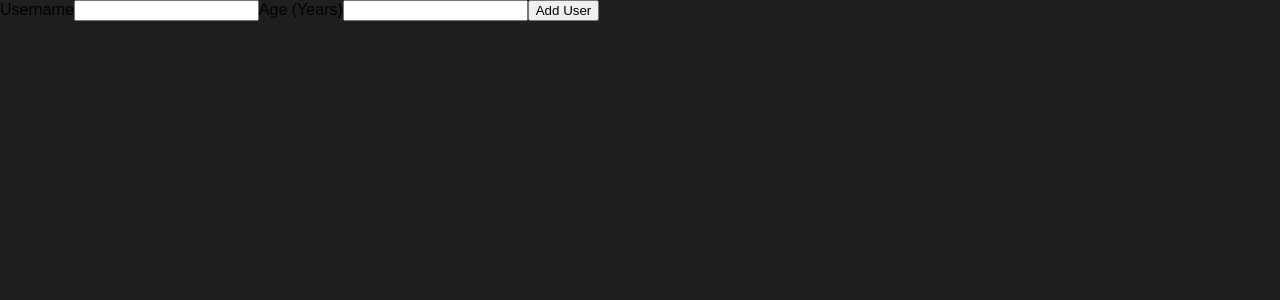
Repository: wenxi0504/React-userInput
Page: /
The author's editor kept a copy of each file at every save. The page is drawn from the files as they stood at one save, then again after the next save.
The browser window is 1280 px wide. The pictures show the whole page.
The project was rebuilt for these pictures with package versions that can differ from the ones it lists, and the page was loaded fresh each time. Also part of the build but not shown: src/components/Users/AddUser.module.css.

Above is the page before, as saved 2022-05-31 00:58:51.

### src/index.css
* {
  box-sizing: border-box;
}

html {
  font-family: sans-serif;
  background:#1f1f1f ;
}

body {
  margin: 0;
}

### src/components/Users/AddUser.js
import React from "react";
import Card from "../../components/UI/Card";
import classes from "./AddUser.module.css";

const AddUser = (props) => {
  const addUserHandler = (event) => {
    event.preventDefault();
  };

  // addUserHandler()means call immediately
  return (
    <Card className={classes.input}>
      <form onSubmit={addUserHandler}>
        <label htmlFor="username">Username</label>
        <input
          id="username"
          type="text"
          name="username"
          onChange={props.handleChange}
        />
        <label htmlFor="age">Age (Years)</label>
        <input
          id="age"
          type="number"
          name="age"
          onChange={props.handleChange}
        />
        <button type="submit">Add User</button>
      </form>
    </Card>
  );
};

export default AddUser;

### src/components/UI/Card.js
import React from "react";

//props.children is the content of the Card component
const Card = (props) => {
  return <div className="card">{props.children}</div>;
};

export default Card;

### src/components/UI/Card.module.css
.card{
    background-color: #fff;
    box-shadow: 0 2px 8px rgba(0, 0, 0, 0.26);
    border-radius: 10px;
}

Loaded but not shown: src/index.js (common file); src/App.js (common file)

After the next save:
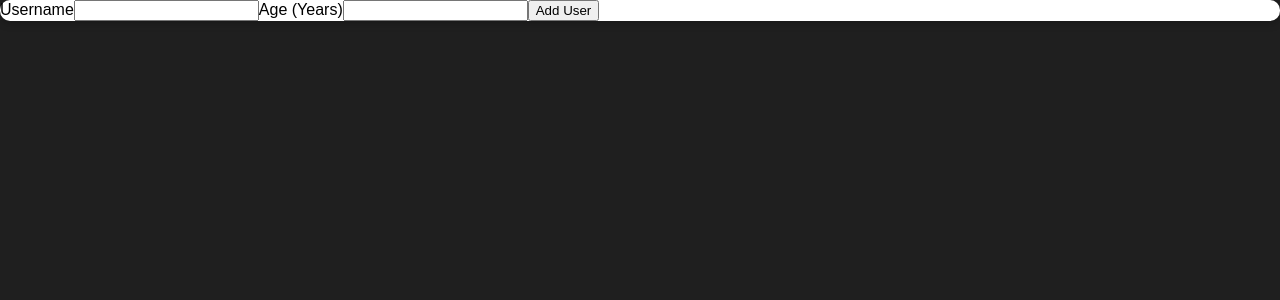
Saved 34 s later.
--- a/src/components/UI/Card.js
+++ b/src/components/UI/Card.js
@@ -1,8 +1,8 @@
 import React from "react";
-
+import classes from "./Card.module.css";
 //props.children is the content of the Card component
 const Card = (props) => {
-  return <div className="card">{props.children}</div>;
+  return <div className={classes.card}>{props.children}</div>;
 };
 
 export default Card;
